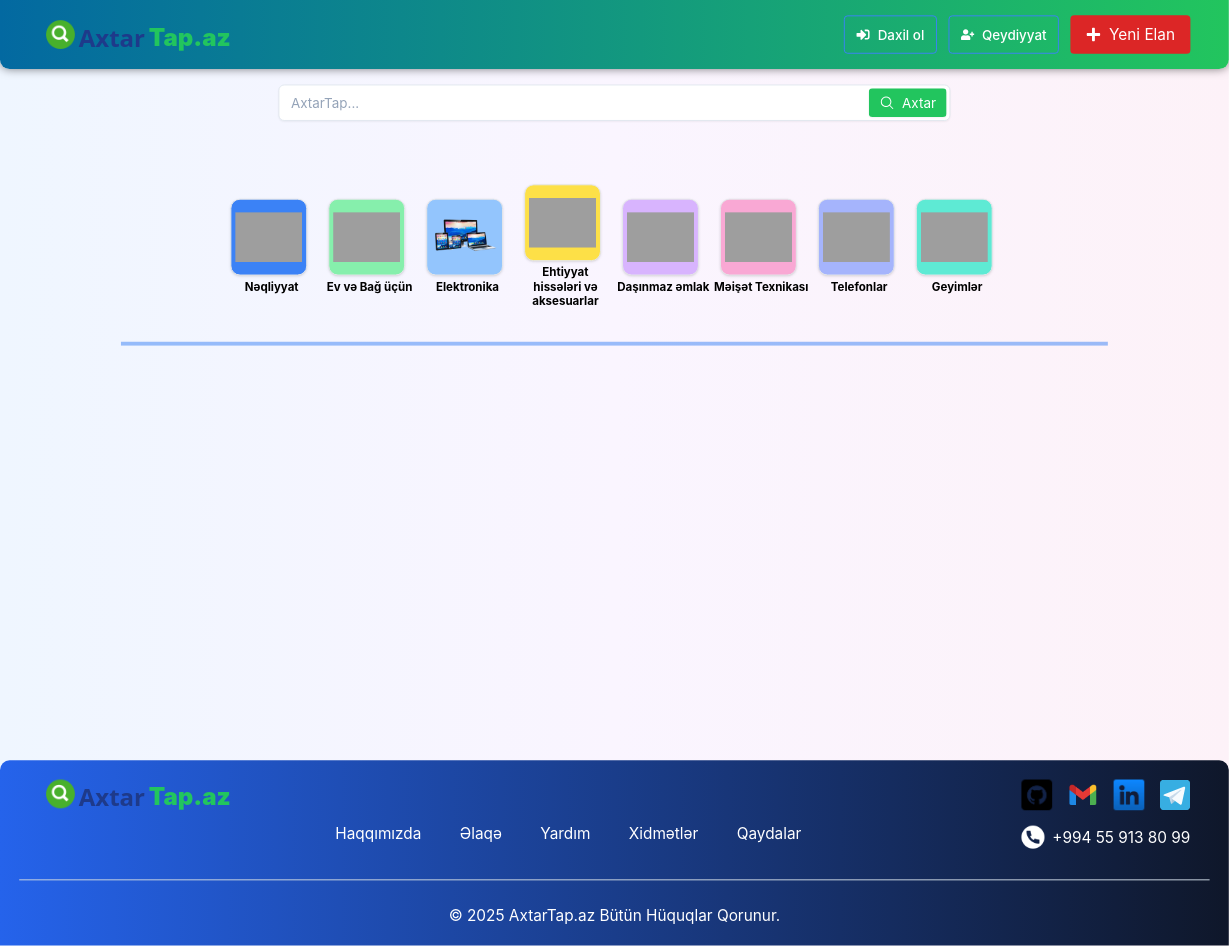
Repository: Omur56/AxtarTap.az
Page: /
The author's editor kept a copy of each file at every save. The page is drawn from the files as they stood at one save, then again after the next save.
The browser window is 1280 px wide. The pictures show the whole page, at 96% of full size.
Pictures or frames that could not be fetched are drawn as grey boxes. The page's requests for data from a server got no answer. The project was rebuilt for these pictures with package versions that can differ from the ones it lists, and the page was loaded fresh each time. Some packages were replaced by stand-ins written for this rebuild. No one was signed in, and anything a server would have sent is missing. Also part of the build but not shown: src/pages/About/index.jsx, src/pages/Contact/index.jsx, src/pages/Qaydalar/index.jsx, src/pages/Yardım/index.jsx, src/pages/Xidmetler/index.jsx, src/components/CreatePostNeqliyyat/index.jsx, src/pages/Katalog/Neqliyyat/index.jsx, src/components/CreatePostHome/index.jsx and 30 more.

Above is the page before, as saved 2025-08-21 20:02:23.

After the next save:
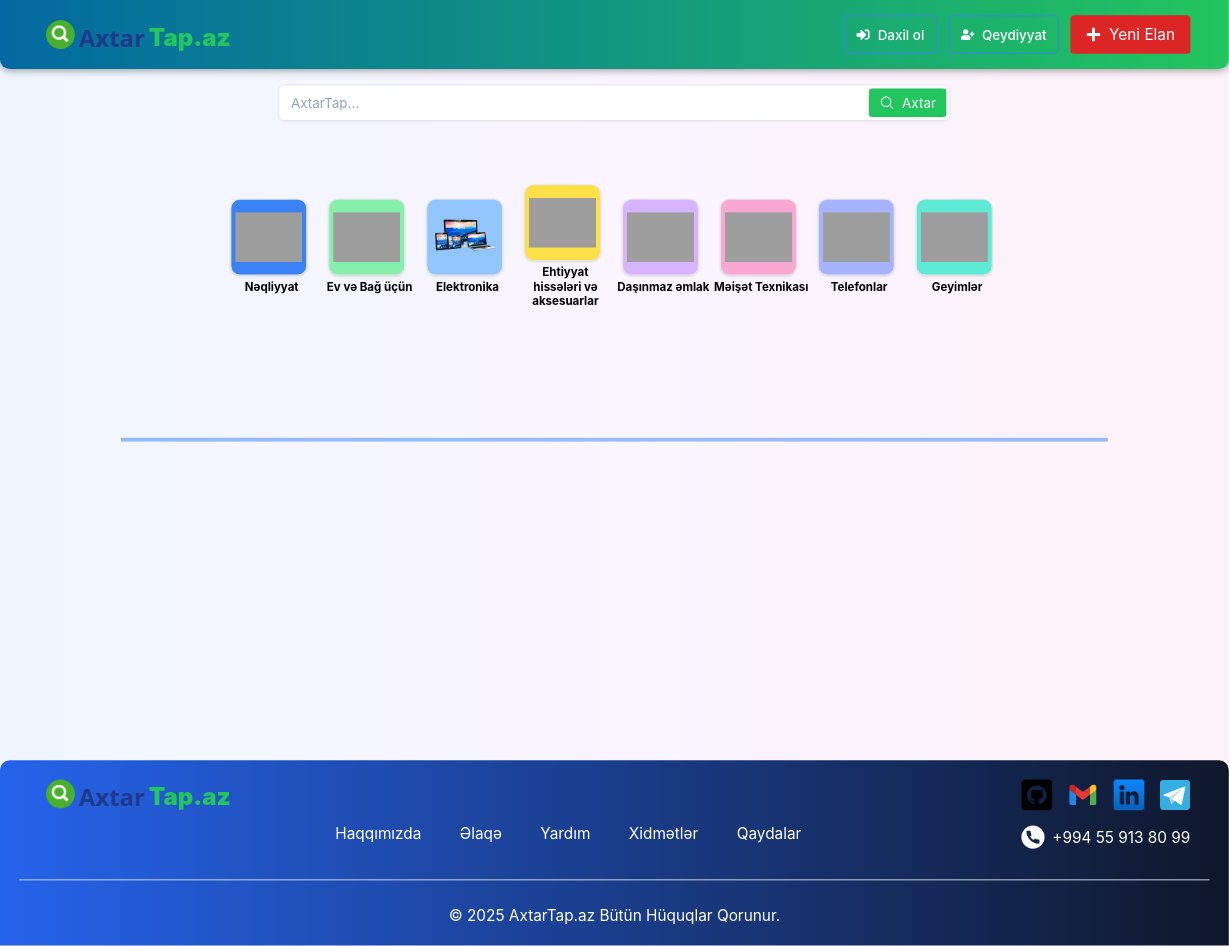
Saved 74 s later.
--- a/src/pages/Home/index.jsx
+++ b/src/pages/Home/index.jsx
@@ -310,7 +310,7 @@
     <BottomMenu />
     <main className="   max-w-5xl mx-auto ">
 
-    <div className="max-h-[150px]">
+    <div className="max-h-[250px]">
        <Katalog />
     </div>
  <div className="mt-4">
